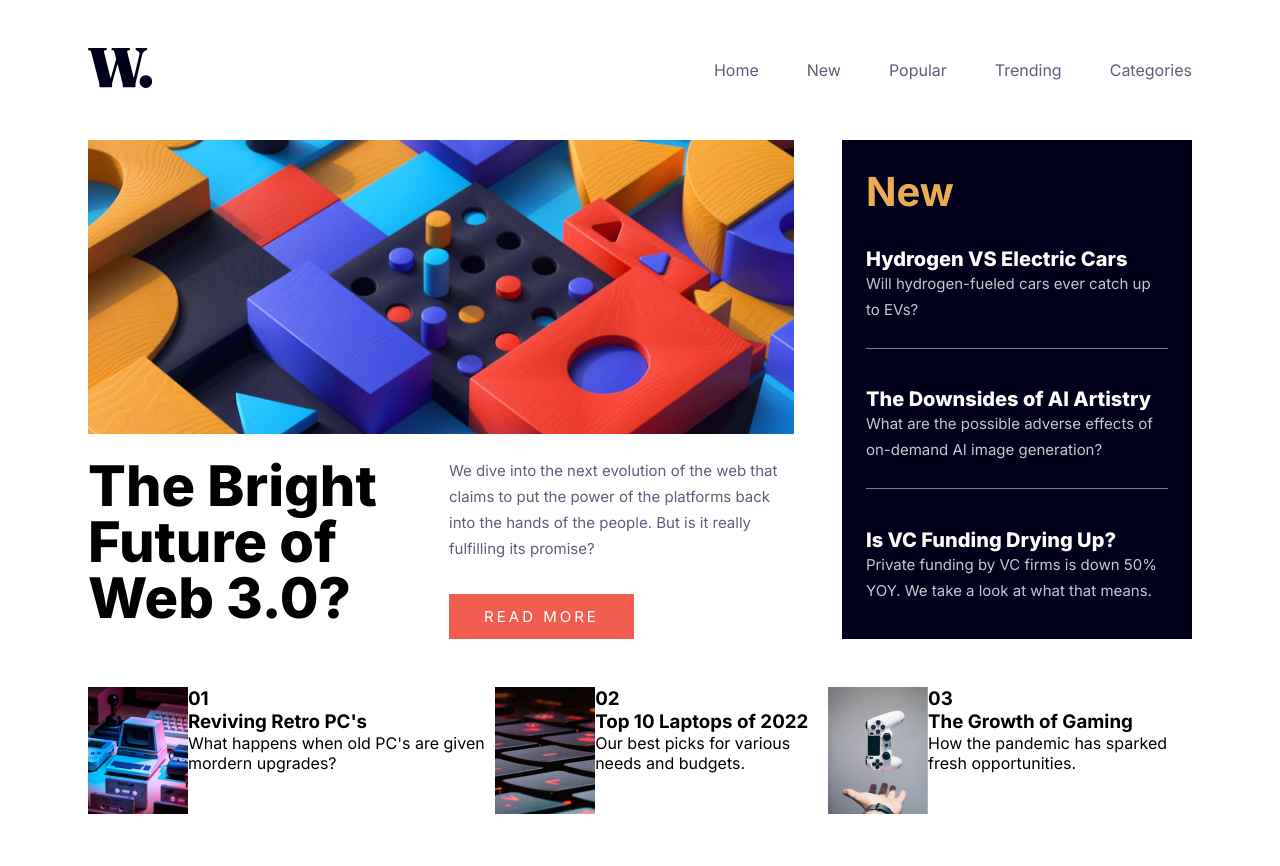
Repository: DevAntonioRogers/FrontendMentor-News-Homepage
Page: index.html
An editor plug-in stored every save of this project. The page is shown before and after the next save, followed by the edit.
The browser window is 1280 px wide. The pictures show the whole page.

Above is the page before, as saved 2023-04-22 15:43:00.

### index.html
<!DOCTYPE html>
<html lang="en">
  <head>
    <meta charset="UTF-8" />
    <meta http-equiv="X-UA-Compatible" content="IE=edge" />
    <meta name="viewport" content="width=device-width, initial-scale=1.0" />
    <link rel="stylesheet" href="styles.css" />
    <title>Document</title>
  </head>
  <body>
    <nav>
      <div class="logo">
        <img src="./assets/logo.svg" alt="logo" />
      </div>
      <ul class="nav-menu">
        <li>Home</li>
        <li>New</li>
        <li>Popular</li>
        <li>Trending</li>
        <li>Categories</li>
      </ul>
      <div class="mobile-icons">
        <img src="./assets/icon-menu.svg" alt="" />
        <img src="./assets/icon-menu-close.svg" alt="" />
      </div>
    </nav>

    <section class="hero">
      <div class="left">
        <picture>
          <source srcset="assets/image-web-3-mobile.jpg" media="(max-width: 768px)" />
          <img src="assets/image-web-3-desktop.jpg" alt="banner" />
        </picture>
        <article class="hero-article">
          <div class="hero-article-left">
            <h1>The Bright Future of Web 3.0?</h1>
          </div>
          <div class="hero-article-right">
            <div>
              <p>
                We dive into the next evolution of the web that claims to put the power of the platforms back into the
                hands of the people. But is it really fulfilling its promise?
              </p>
              <button>Read More</button>
            </div>
          </div>
        </article>
      </div>
      <div class="right">
        <h1>New</h1>

        <div>
          <h3>Hydrogen VS Electric Cars</h3>
          <p>Will hydrogen-fueled cars ever catch up to EVs?</p>
        </div>

        <div>
          <h3>The Downsides of AI Artistry</h3>
          <p>What are the possible adverse effects of on-demand AI image generation?</p>
        </div>

        <div>
          <h3>Is VC Funding Drying Up?</h3>
          <p>Private funding by VC firms is down 50% YOY. We take a look at what that means.</p>
        </div>
      </div>
    </section>

    <section class="articles">
      <article>
        <div class="article-image">
          <img src="/assets/image-retro-pcs.jpg" alt="" />
        </div>
        <div class="article-info">
          <h1>01</h1>
          <h3>Reviving Retro PC's</h3>
          <p>What happens when old PC's are given mordern upgrades?</p>
        </div>
      </article>

      <article>
        <div class="article-image">
          <img src="/assets/image-top-laptops.jpg" alt="" />
        </div>
        <div class="article-info">
          <h1>02</h1>
          <h3>Top 10 Laptops of 2022</h3>
          <p>Our best picks for various needs and budgets.</p>
        </div>
      </article>

      <article>
        <div class="article-image">
          <img src="/assets/image-gaming-growth.jpg" alt="" />
        </div>
        <div class="article-info">
          <h1>03</h1>
          <h3>The Growth of Gaming</h3>
          <p>How the pandemic has sparked fresh opportunities.</p>
        </div>
      </article>
    </section>
  </body>
</html>

### styles.css
@import url('https://fonts.googleapis.com/css2?family=Inter:wght@400;700;800&display=swap');

*{
  box-sizing: border-box;
  margin: 0;
  padding: 0;
  font-family: 'Inter', sans-serif;
}

/* img{
  width: 100%;
  height: 100%;
} */

body{
  max-width: 1200px;
  margin: auto;
  padding: 3rem;
}

a{
  text-decoration: none;
}

li{
  list-style: none;
}

/* NAVBAR STYLES */

nav{
  display: flex;
  justify-content: space-between;
  align-items: center;
}

.nav-menu{
  display: flex;
  gap: 3rem;
}

.nav-menu{
  color: hsl(236, 13%, 42%);
}

.mobile-icons{
  display: none;
}

/* HERO STYLES */

.hero{
  display: flex;
  justify-content: center;
  gap: 3rem;
  margin-top: 3rem;
  max-height: 500px;
}

.left{
  display: flex;
  flex-direction: column;
}

.left img{
  max-width: 100%;
  height: 100%;
}

.hero-article{
  display: grid;
  grid-template-columns: 1fr 1fr;
  margin-top: 1.5rem;
  gap: 1rem;
  height: auto
}

.hero-article h1{
  font-weight: 800;
  font-size: 56px;
  line-height: 56px;
}



.hero-article button{
  color: white;
  background-color: hsl(5, 85%, 63%);
  width: 185px;
  padding: 0.8rem;
  font-size: 15px;
  letter-spacing: 3px;
  text-transform: uppercase;
  border: none;
}


.hero-article p{
  font-weight: 400;
  font-size: 15px;
  line-height: 26px;
  color: hsl(236, 13%, 42%);
  margin-bottom: 2rem;
}

.hero-article-right div{
  display: flex;
  flex-direction: column;
}


.right{
  background-color: hsl(240, 100%, 5%);
  color: white;
  padding: 2rem 1.5rem;
  display: flex;
  flex-direction: column;
  gap: 2rem;
  min-width: 350px;
}

.right h1{
  font-size: 40px;
  color: hsl(35, 77%, 62%);
  line-height: 40px;
  font-weight: 700;
}

.right h3 {
  font-weight: 800;
  font-size: 20px;
  line-height: 24px;
  color: hsl(36, 100%, 99%);
}

.right p{
  font-weight: 400;
  font-size: 15px;
  line-height: 26px;
  color: hsl(233, 8%, 79%);
}

.right div{
  margin: auto;
  border-bottom: solid 1px grey;
  padding-bottom: 25px;
}

.right div:nth-child(4){
  border: none;
  padding-bottom: 0;
}


/* ARTICLE STYLES */

.articles{
  display: flex;
  justify-content: space-between;
  width: 100%;
  margin-top: 3rem;
}

.articles img{
  width: 100px;
}

.articles article {
  display: flex;
}

After the next save:
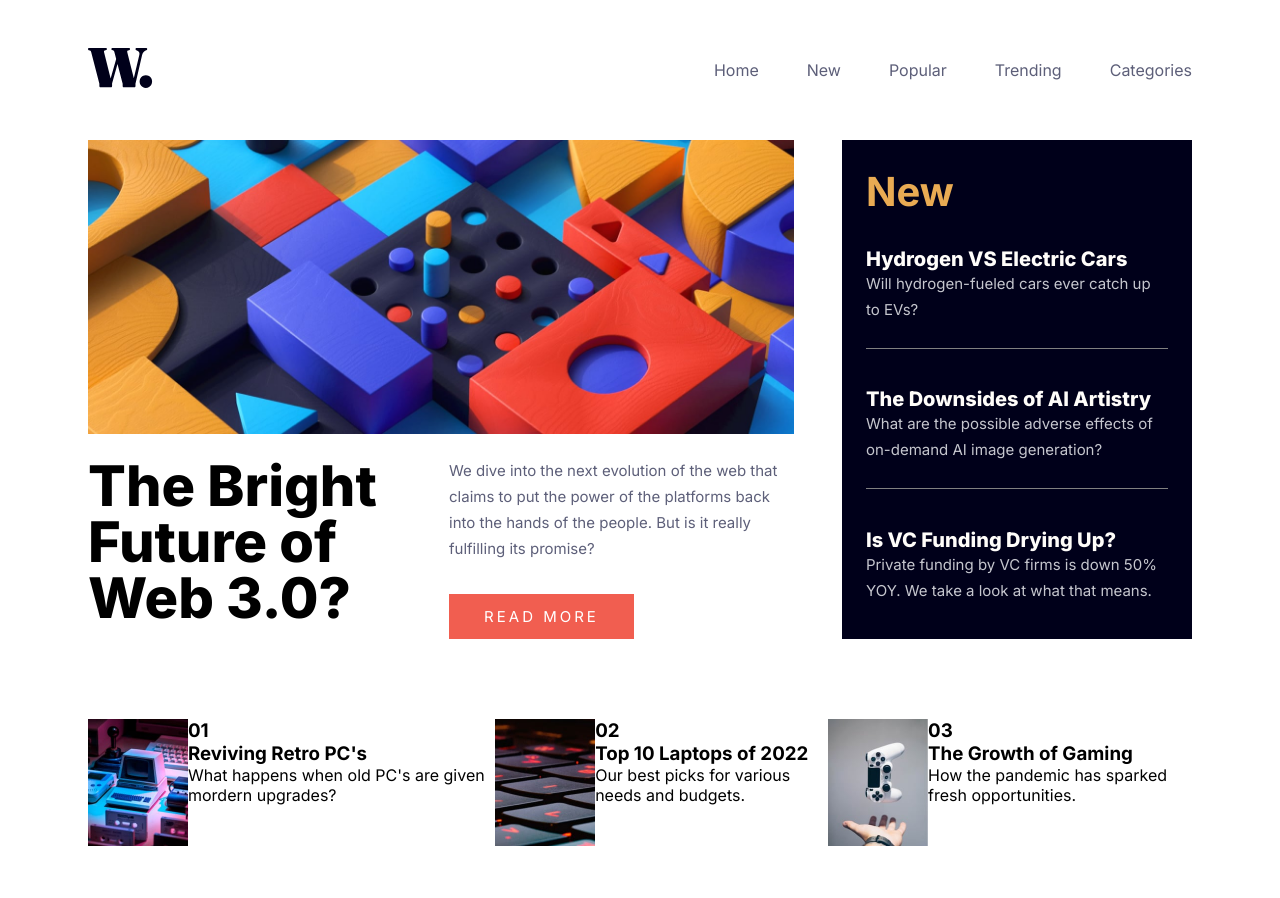
Saved 5 s later.
--- a/styles.css
+++ b/styles.css
@@ -158,7 +158,7 @@ nav{
   display: flex;
   justify-content: space-between;
   width: 100%;
-  margin-top: 3rem;
+  margin-top: 5rem;
 }
 
 .articles img{
